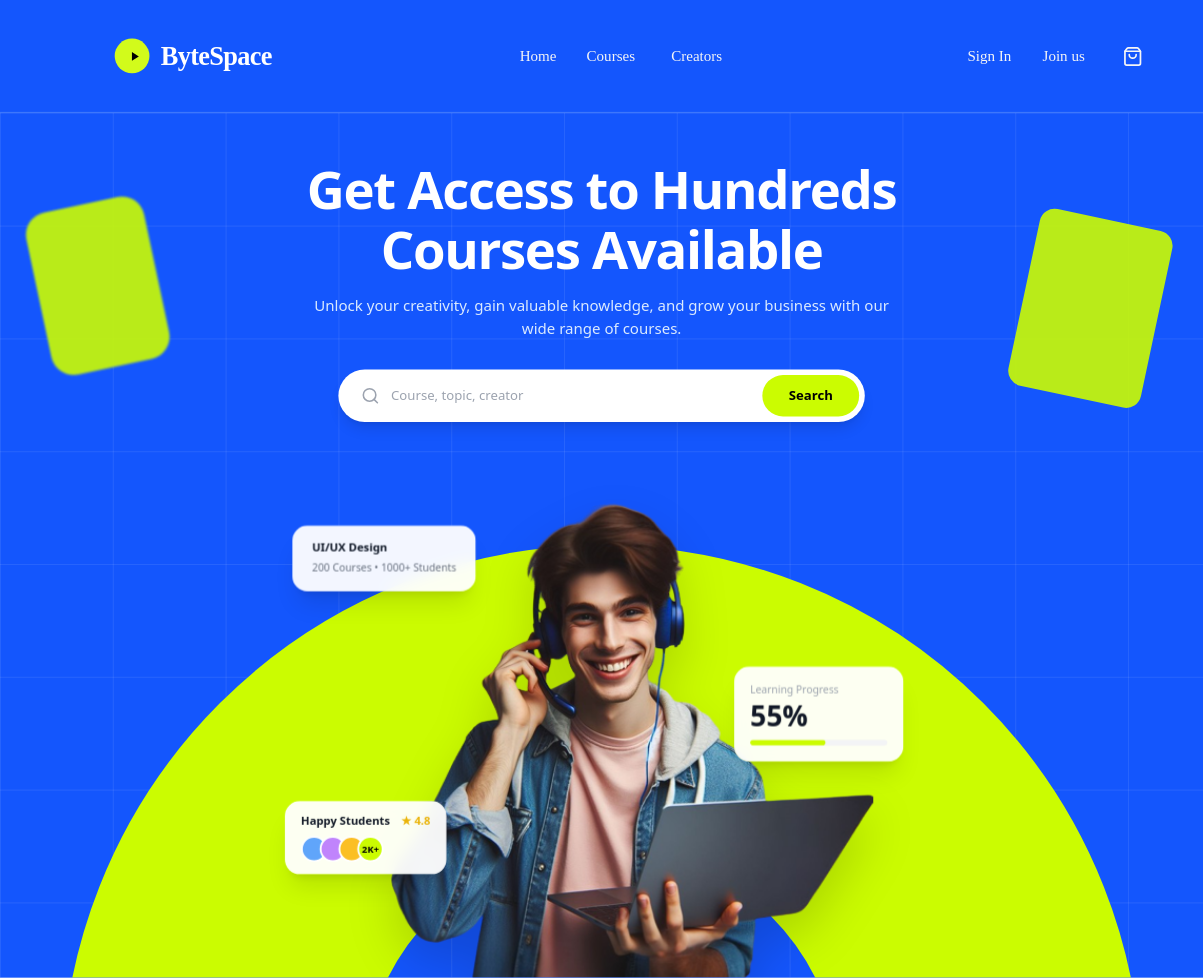
Repository: mdkawsarjomadder/bytespace
Page: /
An editor plug-in stored every save of this project. The page is shown before and after the next save, followed by the edit.
The browser window is 1280 px wide. The pictures show the whole page, at 94% of full size.
Some web fonts or font styles are not loaded; a fallback is used. The project was rebuilt for these pictures with package versions that can differ from the ones it lists, and the page was loaded fresh each time. Also part of the build but not shown: vite.config.js.

Above is the page before, as saved 2026-09-29 18:34:14.

### index.html
<!doctype html>
<html lang="en">
  <head>
    <meta charset="UTF-8" />
    <link rel="icon" type="image/svg+xml" href="/favicon.svg" />
    <meta name="viewport" content="width=device-width, initial-scale=1.0" />
    <title>bytespace</title>
  </head>
  <body>
    <div id="root"></div>
    <script type="module" src="/src/main.jsx"></script>
    <link href="https://api.fontshare.com/v2/css?f[]=satoshi@400,500,700&display=swap" rel="stylesheet">
  </body>
</html>

### src/App.jsx
import React from 'react';
import Navbar from './components/Navbar';
import Hero from './components/Hero';

function App() {
  return (
    <div className="min-h-screen bg-gray-50 font-sans">
      <Navbar />
      <Hero />
    </div>
  );
}

export default App;

### src/components/Navbar.jsx
import React from 'react';
import { ShoppingBag } from 'lucide-react';

const Navbar = () => {
  return (
    <header className="w-full h-[120px] bg-[#1456fd] border-b border-blue-400/20 pl-[122px] pr-16 flex items-center justify-between relative z-50">
      {/* 1. Brand Logo (Figma Specs: 171px x 37px) */}
      <div
        className="w-[171px] h-[37px] flex items-center gap-3 cursor-pointer select-none"
        style={{ opacity: 1 }}
      >
        {/* Play Icon Logo */}
        <div className="w-[37px] h-[37px] rounded-full bg-[#d2fb1b] flex items-center justify-center shrink-0">
          <svg
            className="w-4 h-4 text-black fill-current translate-x-0.5"
            viewBox="0 0 24 24"
          >
            <path d="M8 5v14l11-7z" />
          </svg>
        </div>
        {/* Logo Text */}
        <span className="text-[28px] font-bold tracking-tight text-white leading-none font-['Satoshi']">
          ByteSpace
        </span>
      </div>

      {/* 2. Navigation Links */}
      <nav className="hidden md:flex items-center gap-8 font-['Satoshi']">
        <a
          href="#home"
          className="text-[#F5F5F6] text-[16px] leading-[160%] font-normal hover:text-[#d2fb1b] transition-colors"
        >
          Home
        </a>
        <a
          href="#courses"
          className="w-[58px] h-[26px] flex items-center text-[#F5F5F6] text-[16px] leading-[160%] font-normal hover:text-[#d2fb1b] transition-colors"
          style={{ opacity: 1 }}
        >
          Courses
        </a>
        <a
          href="#creators"
          className="text-[#F5F5F6] text-[16px] leading-[160%] font-normal hover:text-[#d2fb1b] transition-colors"
        >
          Creators
        </a>
      </nav>

      {/* 3. Action Buttons & Cart */}
      <div className="flex items-center gap-6 font-['Satoshi']">
        <button
          className="w-[49px] h-[24px] flex items-center justify-center text-[#F5F5F6] text-[16px] leading-[24px] font-normal hover:text-white/80 transition-colors"
          style={{ opacity: 1 }}
        >
          Sign In
        </button>
        <button
          className="h-[24px] px-2 flex items-center justify-center text-[#F5F5F6] text-[16px] leading-[24px] font-normal hover:text-white/80 transition-colors"
          style={{ opacity: 1 }}
        >
          Join us
        </button>
        <button className="text-[#F5F5F6] hover:text-[#d2fb1b] transition-colors flex items-center justify-center ml-2">
          <ShoppingBag size={22} strokeWidth={2} />
        </button>
      </div>
    </header>
  );
};

export default Navbar;

### src/components/Hero.jsx
import React from 'react';
import { Search } from 'lucide-react';
import One1 from '../assets/01.png';

const Hero = () => {
  return (
    <section className="relative w-full bg-[#1456fd] overflow-hidden pt-12 pb-0 text-white flex flex-col items-center justify-between min-h-[920px]">
      {/* 1. Background Grid Pattern */}
      <div className="absolute inset-0 bg-[linear-gradient(to_right,#ffffff15_1px,transparent_1px),linear-gradient(to_bottom,#ffffff15_1px,transparent_1px)] bg-[size:120px_120px] pointer-events-none" />

      {/* 2. Ellipse 7 Background Ring (Figma Exact Position) */}
      <div
        className="absolute rounded-full pointer-events-none z-0"
        style={{
          width: '1149px',
          height: '1149px',
          top: '460px',

          left: '50%',
          transform: 'translateX(-50%)',
          border: '320px solid #CBFC01',
          boxSizing: 'border-box',
        }}
      />

      {/* 3. Decorative 3D Elements */}
      <div className="absolute left-10 top-24 w-32 h-44 bg-[#CBFC01] rounded-3xl opacity-90 blur-[1px] transform -rotate-12 pointer-events-none hidden lg:block" />
      <div className="absolute right-12 top-28 w-36 h-48 bg-[#CBFC01] rounded-2xl opacity-90 transform rotate-12 pointer-events-none hidden lg:block" />

      {/* 4. Top Area: Title + Subtitle + Search Bar */}
      <div className="relative z-10 w-full max-w-[1200px] mx-auto px-4 flex flex-col items-center text-center">
        <h1 className="text-4xl md:text-[56px] font-bold tracking-tight text-white leading-[1.15] max-w-[900px]">
          Get Access to Hundreds <br /> Courses Available
        </h1>

        <p className="mt-4 text-sm md:text-base text-blue-100 max-w-[650px] font-normal leading-relaxed">
          Unlock your creativity, gain valuable knowledge, and grow your business with our wide range of courses.
        </p>

        {/* Search Bar */}
        <div className="mt-8 w-full max-w-[560px] bg-white rounded-full p-1.5 pl-6 flex items-center shadow-lg justify-between gap-3">
          <div className="flex items-center gap-3 w-full">
            <Search className="w-5 h-5 text-gray-400 shrink-0" />
            <input
              type="text"
              placeholder="Course, topic, creator"
              className="w-full bg-transparent text-gray-800 placeholder-gray-400 focus:outline-none text-sm font-medium"
            />
          </div>
          <button className="bg-[#CBFC01] hover:bg-[#b5e200] text-black font-semibold text-sm px-7 py-3 rounded-full transition-all duration-200 shrink-0 cursor-pointer">
            Search
          </button>
        </div>
      </div>

      {/* 5. Hero Visual Area (Image sitting flat at section bottom) */}
      <div className="relative w-full max-w-[578px] h-[541px] flex justify-center items-end z-10 mt-auto">

        {/* Main Student Image */}
        <img
          src={One1}
          alt="Student Learning"
          className="w-[578px] h-[541px] object-contain block select-none pointer-events-none drop-shadow-2xl"
        />

        {/* Floating Card: UI/UX Design (Top Left) */}
        <div className="absolute -left-10 top-[60px] z-20 bg-white/95 backdrop-blur text-black p-3.5 px-5 rounded-2xl shadow-xl border border-white/20">
          <span className="text-xs font-bold text-gray-900 block">UI/UX Design</span>
          <span className="text-[11px] text-gray-500 font-medium">200 Courses • 1000+ Students</span>
        </div>

        {/* Floating Card: Learning Progress (Top Right) */}
        <div className="absolute -right-8 top-[210px] z-20 bg-white/95 backdrop-blur text-black p-4 rounded-2xl shadow-xl border border-white/20 min-w-[180px] ">
          <span className="text-[11px] font-medium text-gray-400 block mb-1">Learning Progress</span>
          <span className="text-3xl font-extrabold text-gray-900 block leading-none">55%</span>
          <div className="w-full bg-gray-100 h-1.5 rounded-full mt-2.5 overflow-hidden">
            <div className="bg-[#CBFC01] h-full w-[55%] rounded-full" />
          </div>
        </div>

        {/* Floating Card: Happy Students (Bottom Left) */}
        <div className="absolute -left-12 bottom-[110px] z-20 bg-white/95 backdrop-blur text-black p-3 px-4 rounded-2xl shadow-xl border border-white/20">
          <div className="flex items-center justify-between gap-3 mb-2">
            <span className="text-xs font-bold text-gray-900">Happy Students</span>
            <span className="text-xs font-semibold text-yellow-500">★ 4.8</span>
          </div>
          <div className="flex items-center -space-x-2">
            <div className="w-7 h-7 rounded-full bg-blue-400 border-2 border-white"></div>
            <div className="w-7 h-7 rounded-full bg-purple-400 border-2 border-white"></div>
            <div className="w-7 h-7 rounded-full bg-amber-400 border-2 border-white"></div>
            <div className="w-7 h-7 rounded-full bg-[#CBFC01] border-2 border-white flex items-center justify-center text-[10px] font-bold text-black">
              2K+
            </div>
          </div>
        </div>

      </div>
    </section>
  );
};

export default Hero;

Loaded but not shown: src/main.jsx (common file); src/index.css (common file); tailwind.config.js (common file)

After the next save:
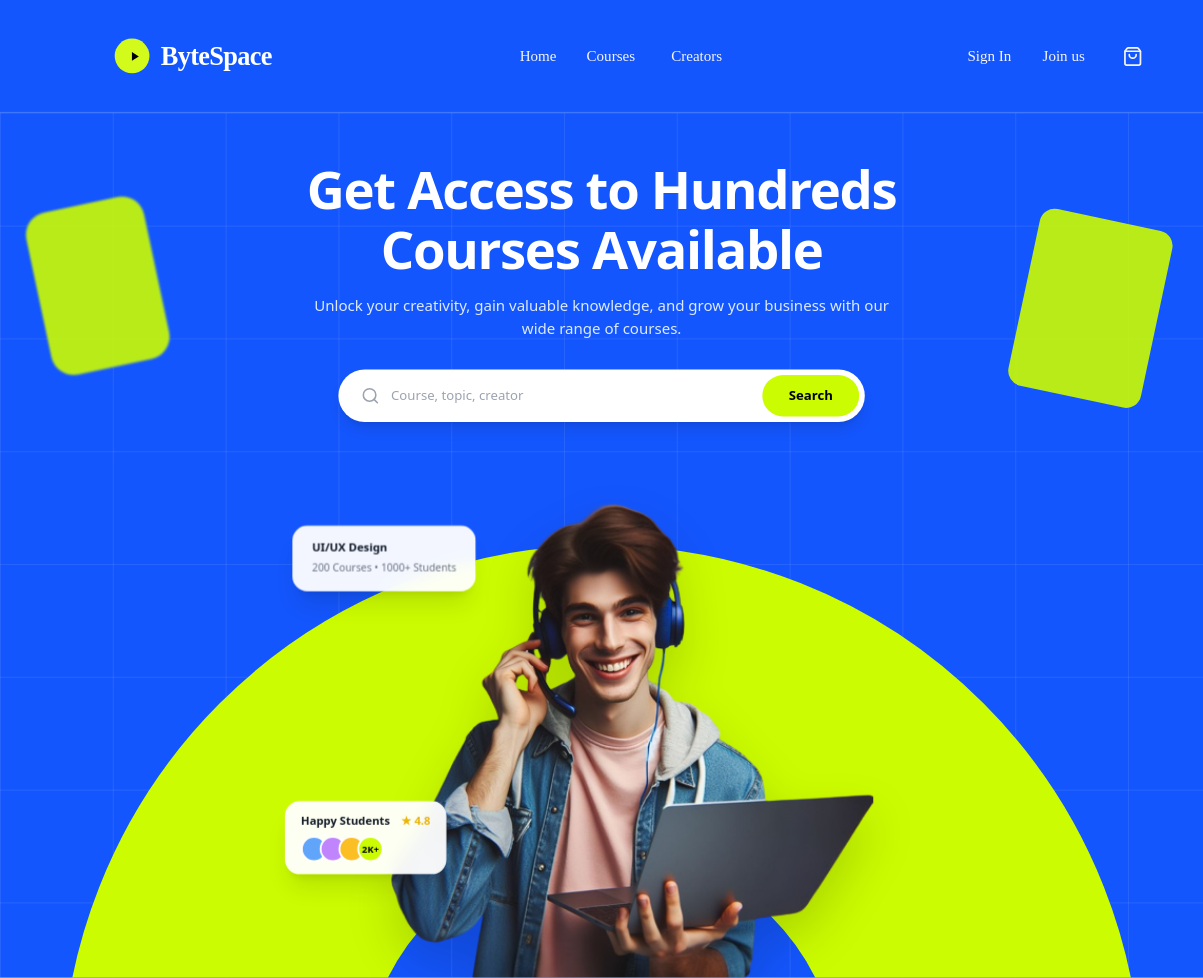
Saved 4 min 24 s later.
--- a/src/components/Hero.jsx
+++ b/src/components/Hero.jsx
@@ -70,13 +70,22 @@ const Hero = () => {
         </div>
 
         {/* Floating Card: Learning Progress (Top Right) */}
-        <div className="absolute -right-8 top-[210px] z-20 bg-white/95 backdrop-blur text-black p-4 rounded-2xl shadow-xl border border-white/20 min-w-[180px] ">
-          <span className="text-[11px] font-medium text-gray-400 block mb-1">Learning Progress</span>
-          <span className="text-3xl font-extrabold text-gray-900 block leading-none">55%</span>
-          <div className="w-full bg-gray-100 h-1.5 rounded-full mt-2.5 overflow-hidden">
-            <div className="bg-[#CBFC01] h-full w-[55%] rounded-full" />
-          </div>
-        </div>
+      <div className="absolute top-[651px] left-[842px] z-20 w-[232px] h-[131px] p-4 rounded-[16px] bg-white backdrop-blur-[20px] shadow-xl flex flex-col justify-between">
+  {/* Step 2: Learning Progress Title */}
+  <span className="font-['Satoshi'] font-medium text-[14px] leading-[120%] tracking-[0%] text-gray-500">
+    Learning Progress
+  </span>
+
+  {/* Step 3: Percentage (55%) */}
+  <span className="w-[96px] h-[58px] font-['Poppins'] font-semibold text-[48px] leading-[120%] tracking-[-0.01em] text-[#242528] flex items-center">
+    55%
+  </span>
+
+  {/* Progress Bar */}
+  <div className="w-full bg-gray-100 h-1.5 rounded-full overflow-hidden">
+    <div className="bg-[#CBFC01] h-full w-[55%] rounded-full" />
+  </div>
+</div>
 
         {/* Floating Card: Happy Students (Bottom Left) */}
         <div className="absolute -left-12 bottom-[110px] z-20 bg-white/95 backdrop-blur text-black p-3 px-4 rounded-2xl shadow-xl border border-white/20">
